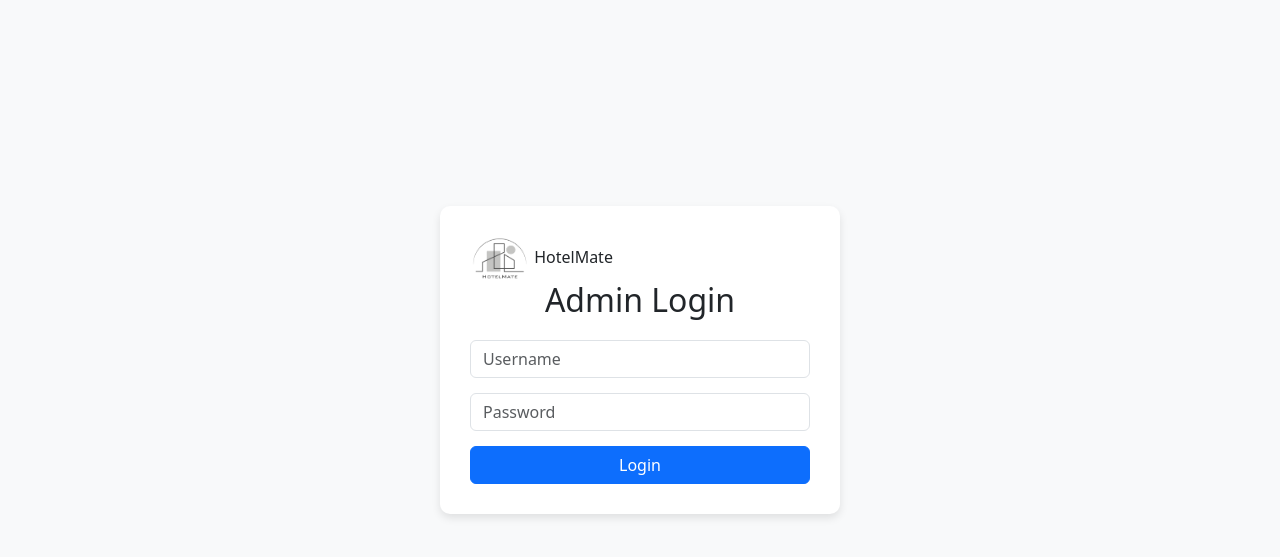
Repository: himanshu2k23/HoteMate
Page: http://localhost/HotelMate/admin/login
An editor plug-in stored every save of this project. The page is shown before and after the next save, followed by the edit.
The browser window is 1280 px wide. The pictures show the whole page.
The page is served by Tomcat 10.

Above is the page before, as saved 2025-01-17 16:15:45.

After the next save:
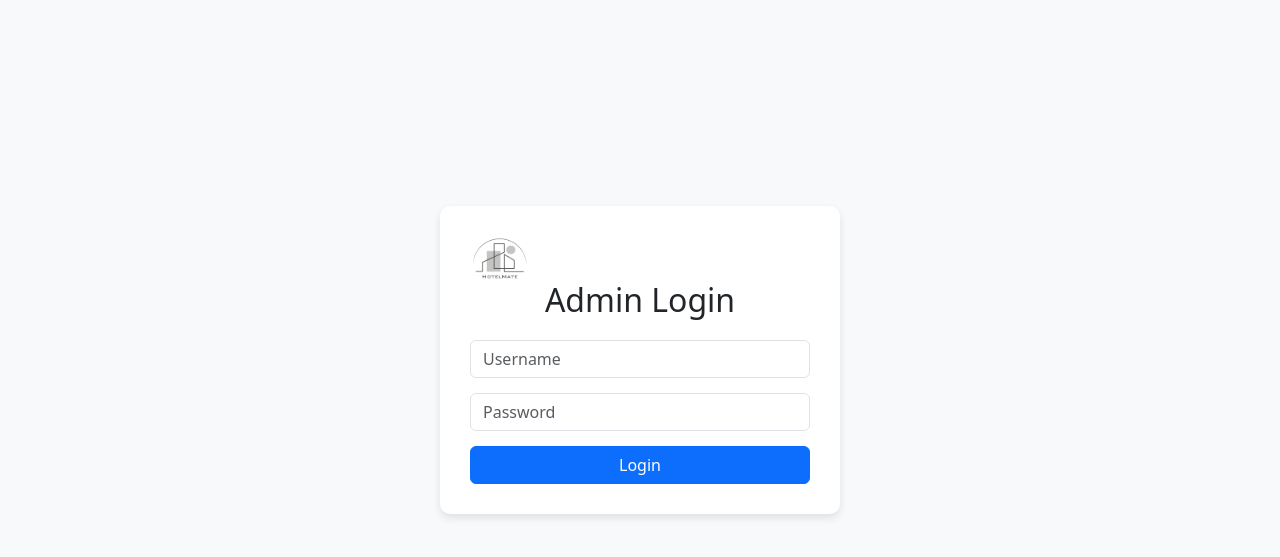
Saved 15 s later.
--- a/HotelMate/src/main/webapp/WEB-INF/admin/login.jsp
+++ b/HotelMate/src/main/webapp/WEB-INF/admin/login.jsp
@@ -45,7 +45,6 @@ body {
 	<div class="login-container">
 		<img src="http://localhost:8080/HotelMate/Images/HotelmateLogo.png"
 			alt="HotelMate Logo" width="60" height="45" class="d-inline-block">
-		<span class="brand-text">HotelMate</span>
 		<form action="${pageContext.request.contextPath}/admin/login"
 			method="post">
 			<h2>Admin Login</h2>
